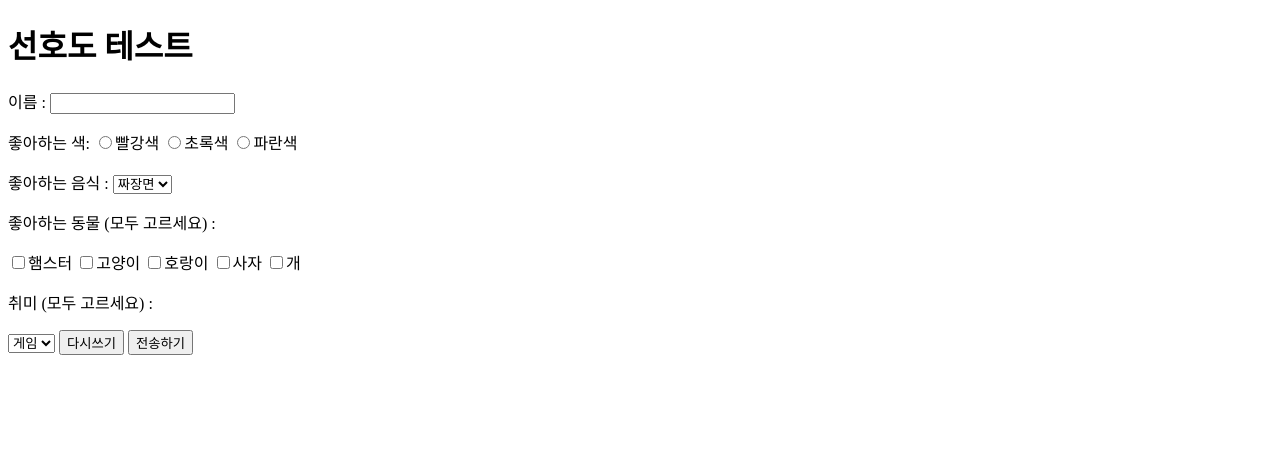
Repository: ddochiisrich/Ddochi-Web
Page: http://localhost/JSPStudyCh05Exam/ch0501ExamForm.jsp
These files come from the project's save history. The page is drawn as it stood at one moment and after the next save; the edit follows.
The browser window is 1280 px wide. The pictures show the whole page.
The page is served by Tomcat 9.

Above is the page before, as saved 2024-04-05 04:36:31.

### JSPStudyCh05Exam/src/main/webapp/ch0501ExamForm.jsp
<%@ page language="java" contentType="text/html; charset=UTF-8"
    pageEncoding="UTF-8"%>
<!DOCTYPE html>
<html>
<head>
<meta charset="UTF-8">
<title>선호도 테스트</title>
</head>
<body>
	<h1>선호도 테스트</h1>
	<p>이름 : <input type="text" name="name"></p>
	<p>좋아하는 색: <input type="radio" name="colors" value="red">빨강색
				 <input type="radio" name="colors" value="green">초록색
				 <input type="radio" name="colors" value="blue">파란색 </p>
	<p>좋아하는 음식 : <select>
						<option value="짜장면">짜장면</option>
						<option value="짬뽕">짬뽕</option>
						<option value="볶음밥">볶음밥</option>
						<option value="탕수육">탕수육</option>
				   </select></p>
	<p>좋아하는 동물 (모두 고르세요) : </p>
		<input type="checkbox" name="hamster">햄스터
		<input type="checkbox" name="cat">고양이
		<input type="checkbox" name="tiger">호랑이
		<input type="checkbox" name="lion">사자
		<input type="checkbox" name="dog">개

	<p>취미 (모두 고르세요) : </p>
			<select>
				<option value="game">게임</option>
				<option value="travel">여행</option>
				<option value="read">독서</option>
				<option value="fishing">낚시</option>
			</select>

	<input type="reset" value="다시쓰기"> <input type="submit" value="전송하기">
</body>
</html>

After the next save:
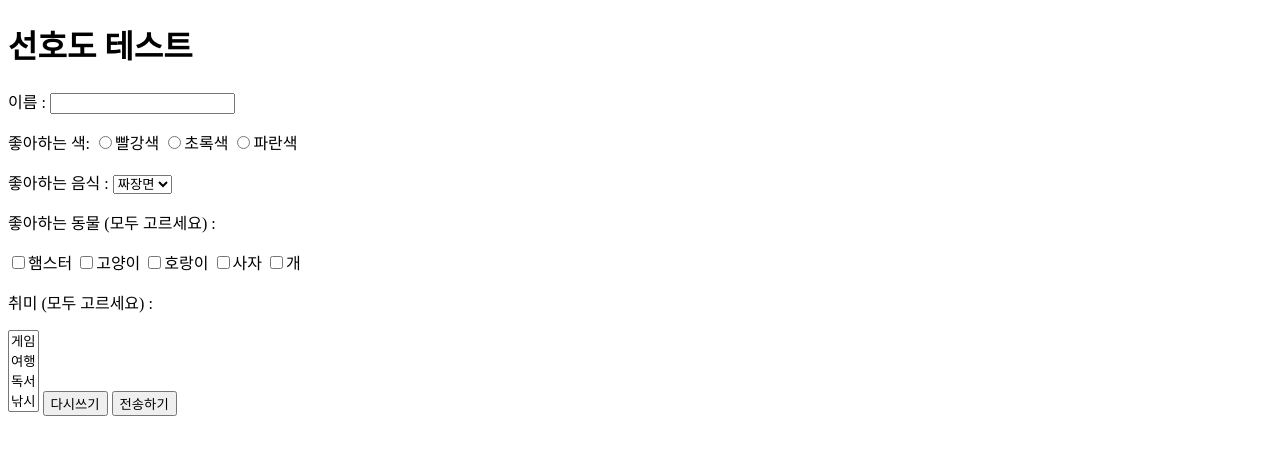
Saved 12 s later.
--- a/JSPStudyCh05Exam/src/main/webapp/ch0501ExamForm.jsp
+++ b/JSPStudyCh05Exam/src/main/webapp/ch0501ExamForm.jsp
@@ -26,7 +26,7 @@
 		<input type="checkbox" name="dog">개
 
 	<p>취미 (모두 고르세요) : </p>
-			<select>
+			<select multiple>
 				<option value="game">게임</option>
 				<option value="travel">여행</option>
 				<option value="read">독서</option>
